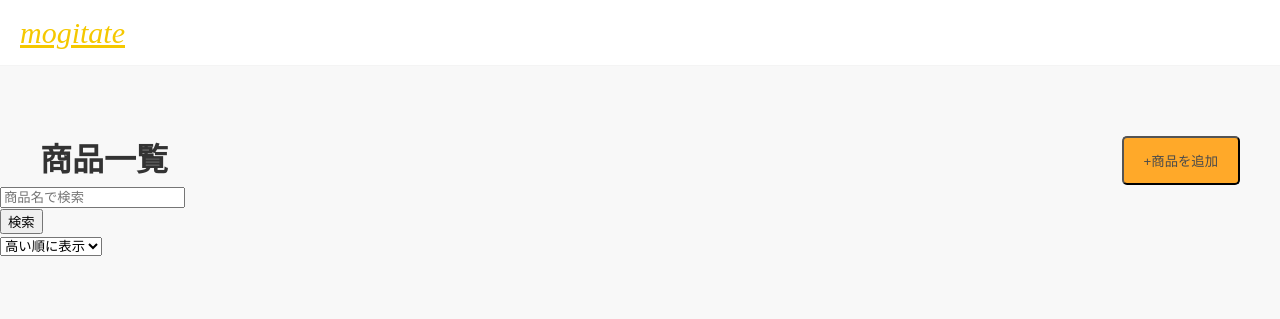
Repository: SuzukiFuminori/test-fruit
Page: http://localhost/products
The author's editor kept a copy of each file at every save. The page is drawn from the files as they stood at one save, then again after the next save.
The browser window is 1280 px wide. The pictures show the whole page.
The page is served by the project's Laravel application, run on PHP 8.4 with Laravel 8. Other server files are loaded and not shown. Queries for data that is not in the repository find no rows.

Above is the page before, as saved 2024-12-30 04:33:22.

### src/routes/web.php
<?php

use Illuminate\Support\Facades\Route;
use App\Http\Controllers\ProductController;

/*
|--------------------------------------------------------------------------
| Web Routes
|--------------------------------------------------------------------------
|
| Here is where you can register web routes for your application. These
| routes are loaded by the RouteServiceProvider within a group which
| contains the "web" middleware group. Now create something great!
|
*/

Route::get('/products', [ProductController::class, 'index']);
Route::get('/products/register', [ProductController::class, 'add']);

### src/app/Http/Controllers/ProductController.php
<?php

namespace App\Http\Controllers;
use App\Models\Product;
use Illuminate\Http\Request;

class ProductController extends Controller
{
    // 商品一覧ページの表示
    public function index()
    {
        $products = Product::all();
        return view('index', ['products' => $products]);
    }

    // 商品登録ページの表示
    public function add()
    {
        return view('add');
    }
}

### src/resources/views/index.blade.php
@extends('layouts.default')

@section('title', '商品一覧')

@section('css')
<link rel="stylesheet" href="{{ asset('css/index.css') }}">
@endsection

@section('content')
  <div class="content">
    <div class="content__inner">
      <div class="content-heading">
        <div class="content-heading__title">
          @yield('title')
        </div>
        <div class="content-heading__button">
          <button class="content-heading__button-submit" type="submit">+商品を追加</button>
        </div>
      </div>
      <div class="content-container">
        <div class="search">
          <div class="search__input">
            <input type="search" name="name" placeholder="商品名で検索">
          </div>
          <div class="search__button">
            <button class="search__button-submit" >検索</button>
          </div>
          <div class="sort">
            <div class="sort__content"></div>
            <div class="sort__select">
              <select name="select" placeholder="価格で並べ替え">
                <option value="">高い順に表示</option>
                <option value="">低い順に表示</option>
              </select>
            </div>
          </div>
        </div>
      </div>
    </div>
  </div>
@endsection

### src/resources/views/layouts/default.blade.php
<!DOCTYPE html>
<html lang="ja">

<head>
  <meta charset="UTF-8">
  <meta name="viewport" content="width=device-width, initial-scale=1.0">
  <title>@yield('title')</title>
  <link rel="stylesheet" href="{{ asset('css/sanitize.css') }}">
  <link rel="stylesheet" href="{{ asset('css/common.css') }}">
  @yield('css')
</head>

<body>
  <header class="header">
    <div class="header__inner">
      <a class="header__logo" href="/">
        mogitate
      </a>
    </div>
  </header>
  <main>
    @yield('content')
  </main>
</body>

</html>

### src/public/css/sanitize.css
/* Document
* ========================================================================== */

/**
* Add border box sizing in all browsers (opinionated).
*/

*,
::before,
::after {
  box-sizing: border-box;
}

/**
* 1. Add text decoration inheritance in all browsers (opinionated).
* 2. Add vertical alignment inheritance in all browsers (opinionated).
*/

::before,
::after {
  vertical-align: inherit;
  /* 2 */
  text-decoration: inherit;
  /* 1 */
}

/**
* 1. Use the default cursor in all browsers (opinionated).
* 2. Change the line height in all browsers (opinionated).
* 3. Use a 4-space tab width in all browsers (opinionated).
* 4. Remove the grey highlight on links in iOS (opinionated).
* 5. Prevent adjustments of font size after orientation changes in
*    IE on Windows Phone and in iOS.
* 6. Breaks words to prevent overflow in all browsers (opinionated).
*/

html {
  word-break: break-word;
  /* 6 */
  -moz-tab-size: 4;
  /* 3 */
  tab-size: 4;
  /* 3 */
  line-height: 1.5;
  /* 2 */
  cursor: default;
  /* 1 */

  -webkit-tap-highlight-color: transparent
    /* 4 */
  ;
  -ms-text-size-adjust: 100%;
  /* 5 */
  -webkit-text-size-adjust: 100%;
  /* 5 */
}

/* Sections
* ========================================================================== */

/**
* Remove the margin in all browsers (opinionated).
*/

body {
  margin: 0;
}

/**
* Correct the font size and margin on `h1` elements within `section` and
* `article` contexts in Chrome, Edge, Firefox, and Safari.
*/

h1 {
  margin: 0.67em 0;
  font-size: 2em;
}

/* Grouping content
* ========================================================================== */

/**
* Remove the margin on nested lists in Chrome, Edge, IE, and Safari.
*/

dl dl,
dl ol,
dl ul,
ol dl,
ul dl {
  margin: 0;
}

/**
* Remove the margin on nested lists in Edge 18- and IE.
*/

ol ol,
ol ul,
ul ol,
ul ul {
  margin: 0;
}

/**
* 1. Add the correct sizing in Firefox.
* 2. Show the overflow in Edge 18- and IE.
*/

hr {
  overflow: visible;
  /* 2 */
  height: 0;
  /* 1 */
}

/**
* Add the correct display in IE.
*/

main {
  display: block;
}

/**
* Remove the list style on navigation lists in all browsers (opinionated).
*/

nav ol,
nav ul {
  padding: 0;
  list-style: none;
}

/**
* 1. Correct the inheritance and scaling of font size in all browsers.
* 2. Correct the odd `em` font sizing in all browsers.
*/

pre {
  font-size: 1em;
  /* 2 */
  font-family: monospace, monospace;
  /* 1 */
}

/* Text-level semantics
* ========================================================================== */

/**
* Remove the gray background on active links in IE 10.
*/

a {
  background-color: transparent;
}

/**
* Add the correct text decoration in Edge 18-, IE, and Safari.
*/

abbr[title] {
  text-decoration: underline;
  text-decoration: underline dotted;
}

/**
* Add the correct font weight in Chrome, Edge, and Safari.
*/

b,
strong {
  font-weight: bolder;
}

/**
* 1. Correct the inheritance and scaling of font size in all browsers.
* 2. Correct the odd `em` font sizing in all browsers.
*/

code,
kbd,
samp {
  font-size: 1em;
  /* 2 */
  font-family: monospace, monospace;
  /* 1 */
}

/**
* Add the correct font size in all browsers.
*/

small {
  font-size: 80%;
}

/* Embedded content
* ========================================================================== */

/*
* Change the alignment on media elements in all browsers (opinionated).
*/

audio,
canvas,
iframe,
img,
svg,
video {
  vertical-align: middle;
}

/**
* Add the correct display in IE 9-.
*/

audio,
video {
  display: inline-block;
}

/**
* Add the correct display in iOS 4-7.
*/

audio:not([controls]) {
  display: none;
  height: 0;
}

/**
* Remove the border on iframes in all browsers (opinionated).
*/

iframe {
  border-style: none;
}

/**
* Remove the border on images within links in IE 10-.
*/

img {
  border-style: none;
}

/**
* Change the fill color to match the text color in all browsers (opinionated).
*/

svg:not([fill]) {
  fill: currentColor;
}

/**
* Hide the overflow in IE.
*/

svg:not(:root) {
  overflow: hidden;
}

/* Tabular data
* ========================================================================== */

/**
* Collapse border spacing in all browsers (opinionated).
*/

table {
  border-collapse: collapse;
}

/* Forms
* ========================================================================== */

/**
* Remove the margin on controls in Safari.
*/

button,
input,
select {
  margin: 0;
}

/**
* 1. Show the overflow in IE.
* 2. Remove the inheritance of text transform in Edge 18-, Firefox, and IE.
*/

button {
  overflow: visible;
  /* 1 */
  text-transform: none;
  /* 2 */
}

/**
* Correct the inability to style buttons in iOS and Safari.
*/

button,
[type="button"],
[type="reset"],
[type="submit"] {
  -webkit-appearance: button;
}

/**
* 1. Change the inconsistent appearance in all browsers (opinionated).
* 2. Correct the padding in Firefox.
*/

fieldset {
  padding: 0.35em 0.75em 0.625em;
  /* 2 */
  border: 1px solid #a0a0a0;
  /* 1 */
}

/**
* Show the overflow in Edge 18- and IE.
*/

input {
  overflow: visible;
}

/**
* 1. Correct the text wrapping in Edge 18- and IE.
* 2. Correct the color inheritance from `fieldset` elements in IE.
*/

legend {
  display: table;
  /* 1 */
  max-width: 100%;
  /* 1 */
  color: inherit;
  /* 2 */
  white-space: normal;
  /* 1 */
}

/**
* 1. Add the correct display in Edge 18- and IE.
* 2. Add the correct vertical alignment in Chrome, Edge, and Firefox.
*/

progress {
  display: inline-block;
  /* 1 */
  vertical-align: baseline;
  /* 2 */
}

/**
* Remove the inheritance of text transform in Firefox.
*/

select {
  text-transform: none;
}

/**
* 1. Remove the margin in Firefox and Safari.
* 2. Remove the default vertical scrollbar in IE.
* 3. Change the resize direction in all browsers (opinionated).
*/

textarea {
  overflow: auto;
  /* 2 */
  margin: 0;
  /* 1 */
  resize: vertical;
  /* 3 */
}

/**
* Remove the padding in IE 10-.
*/

[type="checkbox"],
[type="radio"] {
  padding: 0;
}

/**
* 1. Correct the odd appearance in Chrome, Edge, and Safari.
* 2. Correct the outline style in Safari.
*/

[type="search"] {
  outline-offset: -2px;
  /* 2 */

  -webkit-appearance: textfield;
  /* 1 */
}

/**
* Correct the cursor style of increment and decrement buttons in Safari.
*/

::-webkit-inner-spin-button,
::-webkit-outer-spin-button {
  height: auto;
}

/**
* Correct the text style of placeholders in Chrome, Edge, and Safari.
*/

::-webkit-input-placeholder {
  color: inherit;
  opacity: 0.54;
}

/**
* Remove the inner padding in Chrome, Edge, and Safari on macOS.
*/

::-webkit-search-decoration {
  -webkit-appearance: none;
}

/**
* 1. Correct the inability to style upload buttons in iOS and Safari.
* 2. Change font properties to `inherit` in Safari.
*/

::-webkit-file-upload-button {
  font: inherit;
  /* 2 */

  -webkit-appearance: button;
  /* 1 */
}

/**
* Remove the inner border and padding of focus outlines in Firefox.
*/

::-moz-focus-inner {
  padding: 0;
  border-style: none;
}

/**
* Restore the focus outline styles unset by the previous rule in Firefox.
*/

:-moz-focusring {
  outline: 1px dotted ButtonText;
}

/**
* Remove the additional :invalid styles in Firefox.
*/

:-moz-ui-invalid {
  box-shadow: none;
}

/* Interactive
* ========================================================================== */

/*
* Add the correct display in Edge 18- and IE.
*/

details {
  display: block;
}

/*
* Add the correct styles in Edge 18-, IE, and Safari.
*/

dialog {
  position: absolute;
  right: 0;
  left: 0;
  display: block;
  margin: auto;
  padding: 1em;
  width: -moz-fit-content;
  width: -webkit-fit-content;
  width: fit-content;
  height: -moz-fit-content;
  height: -webkit-fit-content;
  height: fit-content;
  border: solid;
  background-color: white;
  color: black;
}

dialog:not([open]) {
  display: none;
}

/*
* Add the correct display in all browsers.
*/

summary {
  display: list-item;
}

/* Scripting
* ========================================================================== */

/**
* Add the correct display in IE 9-.
*/

canvas {
  display: inline-block;
}

/**
* Add the correct display in IE.
*/

template {
  display: none;
}

/* User interaction
* ========================================================================== */

/*
* 1. Remove the tapping delay in IE 10.
* 2. Remove the tapping delay on clickable elements
in all browsers (opinionated).
*/

a,
area,
button,
input,
label,
select,
summary,
textarea,
[tabindex] {
  -ms-touch-action: manipulation;
  /* 1 */
  touch-action: manipulation;
  /* 2 */
}

/**
* Add the correct display in IE 10-.
*/

[hidden] {
  display: none;
}

/* Accessibility
* ========================================================================== */

/**
* Change the cursor on busy elements in all browsers (opinionated).
*/

[aria-busy="true"] {
  cursor: progress;
}

/*
* Change the cursor on control elements in all browsers (opinionated).
*/

[aria-controls] {
  cursor: pointer;
}

/*
* Change the cursor on disabled, not-editable, or otherwise
* inoperable elements in all browsers (opinionated).
*/

[aria-disabled="true"],
[disabled] {
  cursor: not-allowed;
}

/*
* Change the display on visually hidden accessible elements
* in all browsers (opinionated).
*/

[aria-hidden="false"][hidden] {
  display: initial;
}

[aria-hidden="false"][hidden]:not(:focus) {
  position: absolute;
  clip: rect(0, 0, 0, 0);
}

### src/public/css/common.css
.header {
  background: white;
}

.header__inner {
  margin: 0 auto;
  padding: 10px 20px;
  border-bottom: solid 1px #f4f4f4;
}

.header__logo {
  font-family: jsMath-cmti10;
  font-size: 30px;
  color: #F5C800;
  font-weight: 500;
  font-style: italic;
}

### src/public/css/index.css
.content {
  background: #f8f8f8;
}

.content__inner {
  margin: 0 auto;
  padding: 70px 0;
}

.content-heading {
  display: flex;
  justify-content: space-between;
  margin: 0 auto;
  padding: 0 40px 0;
}

.content-heading__title {
  font-family: "Hiragino Kaku Gothic Pro";
  font-size: 32px;
  color: #333333;
  font-weight: 600;
}

.content-heading__button-submit {
  padding: 13px 20px;
  background:#ffa929;
  color: #4B4B4B;
  border-radius: 5px;
}

.content-wrapper {
  display: flex;
  padding: 0 40px 0;
}

Loaded but not shown: src/app/Http/Controllers/Controller.php (common file); src/app/Models/Product.php (common file)

After the next save:
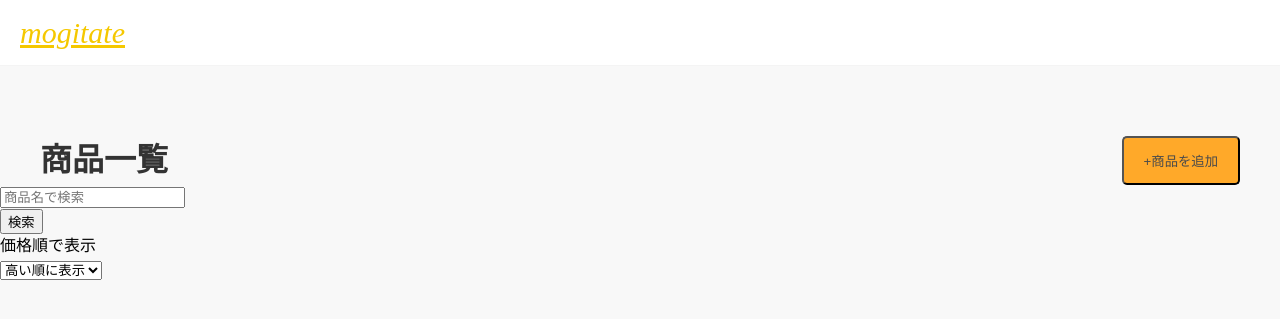
Saved 8 min 9 s later.
--- a/src/resources/views/index.blade.php
+++ b/src/resources/views/index.blade.php
@@ -26,7 +26,7 @@
             <button class="search__button-submit" >検索</button>
           </div>
           <div class="sort">
-            <div class="sort__content"></div>
+            <div class="sort__content">価格順で表示</div>
             <div class="sort__select">
               <select name="select" placeholder="価格で並べ替え">
                 <option value="">高い順に表示</option>
